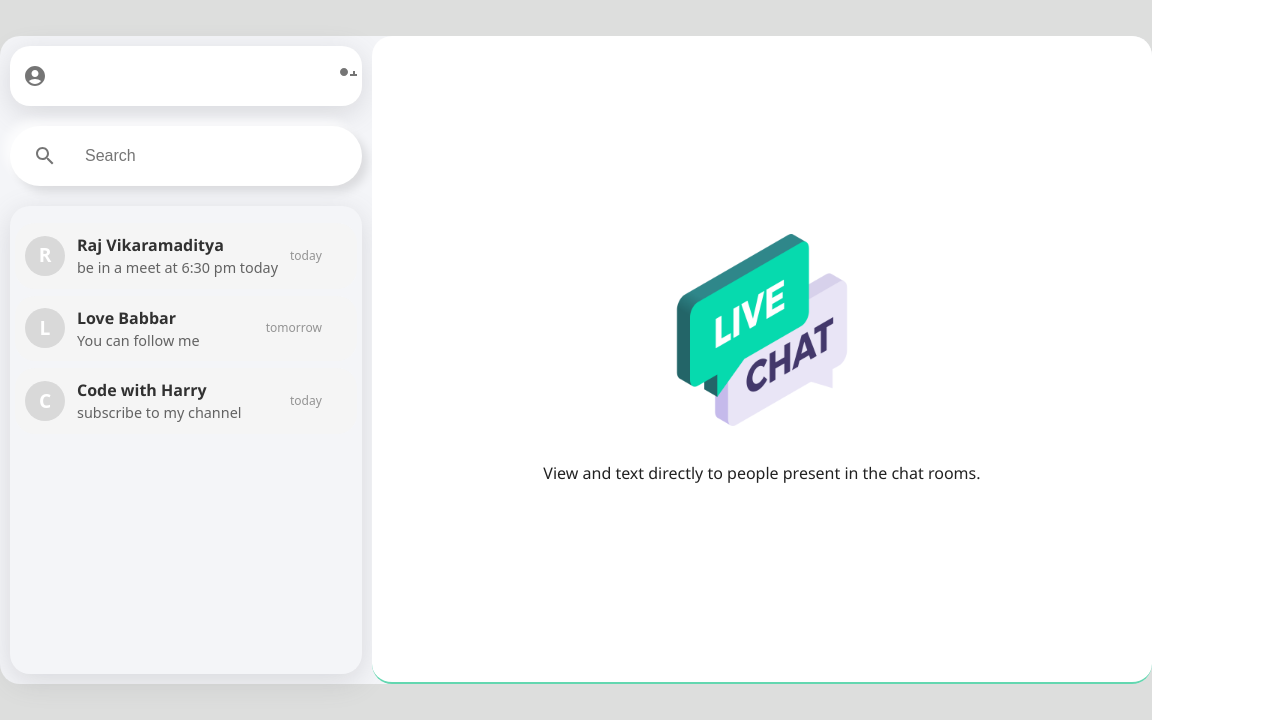
Repository: rahul-chakradhari/chat_app
Page: /app/welcome
An editor plug-in stored every save of this project. The page is shown before and after the next save, followed by the edit.
The browser window is 1280 px wide. The pictures show the whole page.
The project was rebuilt for these pictures with package versions that can differ from the ones it lists, and the page was loaded fresh each time. Also part of the build but not shown: vite.config.js, src/components/Login.jsx, src/components/Messagebyme.jsx, src/components/Messagebyothers.jsx, src/components/Chatarea.jsx, src/components/Creategroups.jsx, src/components/Users.jsx, src/components/Groups.jsx.

Above is the page before, as saved 2025-03-02 14:21:08.

After the next save:
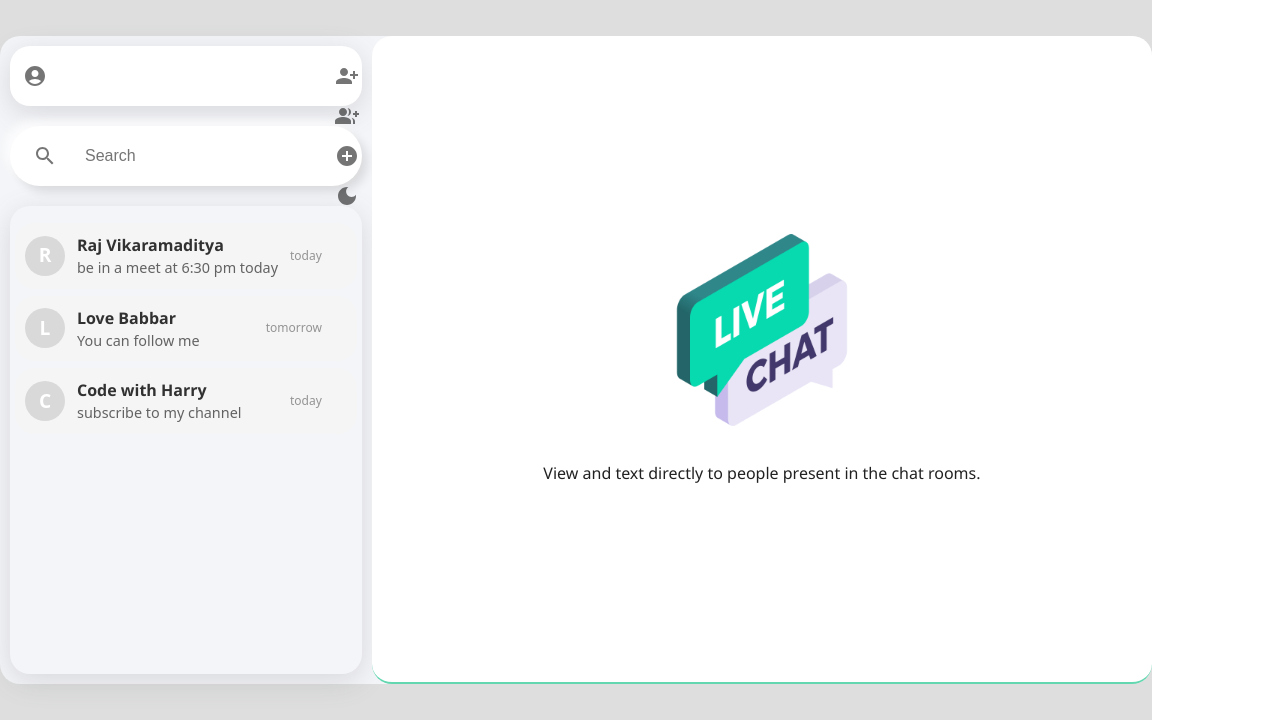
Saved 10 s later.
--- a/src/components/Mystyles.css
+++ b/src/components/Mystyles.css
@@ -450,8 +450,7 @@
 .headericons {
   width: 1.25em !important;
   height: 1.25em !important ;
-  overflow: hidden;
-  display: flex;
-  flex-direction: column;
-  align-items: center;
-}
+  display: flex;
+  flex-direction: column;
+  align-items: center;
+}
